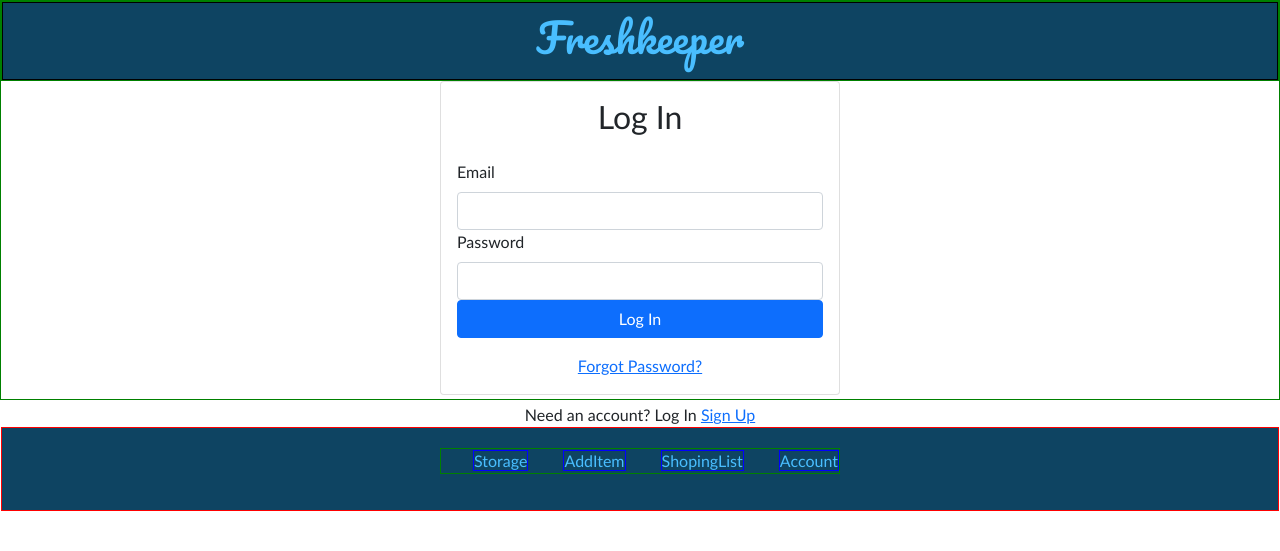
Repository: patrik-fredlund/freshkeeper-repo
Page: /
The author's editor kept a copy of each file at every save. The page is drawn from the files as they stood at one save, then again after the next save.
The browser window is 1280 px wide. The pictures show the whole page.
The project was rebuilt for these pictures with package versions that can differ from the ones it lists, and the page was loaded fresh each time. Also part of the build but not shown: src/components/Signup.js, src/components/Account.js, src/components/ForgotPassword.js, src/components/UpdateProfile.js, src/components/Storage.js, src/components/Shopinglist.js, src/components/AddItem.js.

Above is the page before, as saved 2021-10-15 23:10:11.

### public/index.html
<!DOCTYPE html>
<html lang="en">

<head>
  <meta charset="utf-8" />
  <link rel="icon" href="%PUBLIC_URL%/favicon.ico" />
  <meta name="viewport" content="width=device-width, initial-scale=1" />
  <meta name="theme-color" content="#000000" />
  <meta name="description" content="Web site created using create-react-app" />
  <link rel="apple-touch-icon" href="%PUBLIC_URL%/logo192.png" />

  <link rel="manifest" href="%PUBLIC_URL%/manifest.json" />

  <title>Freshkeeper</title>
</head>

<body>
  <noscript>You need to enable JavaScript to run this app.</noscript>
  <div id="root"></div>

</body>

</html>

### src/index.js
import React from 'react';
import ReactDOM from 'react-dom';
import App from './components/App';
import 'bootstrap/dist/css/bootstrap.min.css';

ReactDOM.render(
  <React.StrictMode>
    <App />
  </React.StrictMode>,
  document.getElementById('root')
);

### src/components/App.js
import { Container } from 'react-bootstrap';
import '../App.css';
import Signup from './Signup';
import { AuthProvider } from '../context/AuthContext';
import { BrowserRouter as Router, Switch, Route } from 'react-router-dom';
import Account from './Account';
import Login from './Login';
import PrivateRoute from './PrivateRoute';
import ForgotPassword from './ForgotPassword';
import UpdateProfile from './UpdateProfile';
import Storage from './Storage';
import { AppWrap } from './appStyles';
import Header from './header/header';
import ShopingList from './Shopinglist';
import AddItem from './AddItem';
import Navbar from './navbar/Navbar';

function App() {
  return (
    <AppWrap>
      <Header />
      <Container
        className='d-flex align-items-center justify-content-center'
        // style={{ minHeight: '10vh' }}
      >
        <div className='w-100' style={{ maxWidth: '400px' }}>
          <Router>
            <AuthProvider>
              <Switch>
                <PrivateRoute exact path='/' component={Storage} />
                <PrivateRoute path='/additem' component={AddItem} />
                <PrivateRoute path='/shopinglist' component={ShopingList} />
                <PrivateRoute path='/account' component={Account} />
                <PrivateRoute
                  path='/update-profile'
                  component={UpdateProfile}
                />
                <Route path='/signup' component={Signup} />
                <Route path='/login' component={Login} />
                <Route path='/forgot-password' component={ForgotPassword} />
              </Switch>
            </AuthProvider>
          </Router>
        </div>
      </Container>
      <Navbar />
    </AppWrap>
  );
}

export default App;

### src/App.css
@import url('https://fonts.googleapis.com/css2?family=Pacifico&display=swap');

* {
  box-sizing: border-box;
  margin: 0;
  padding: 0;
  font-family: 'Gill Sans', 'Gill Sans MT', Calibri, 'Trebuchet MS', sans-serif;
}

.container {
  display: flex;
  flex-direction: column;
  justify-content: center;
  align-items: center;
}

.top_nav {
  display: flex;
  flex-direction: row;
  justify-content: center;
  align-items: center;
  padding: 14px 16px 14px 18px;

  position: absolute;
  width: 414px;
  height: 65px;
  left: 0px;
  top: 0px;

  background: #0e4462;
  border-radius: 4px;
}

.freshkeeper_header {
  position: static;

  font-family: 'Pacifico', cursive;

  font-weight: normal;
  font-size: 20px;

  display: flex;
  align-items: center;
  text-align: center;

  color: #49beff;

  /* Inside Auto Layout */

  flex: none;
  order: 0;
  flex-grow: 0;
  margin: 0px 10px;
}

### src/context/AuthContext.js
import React, { useContext, useState, useEffect } from 'react';
import { auth } from '../firebase';

const AuthContext = React.createContext();

export function useAuth() {
  return useContext(AuthContext);
}

export function AuthProvider({ children }) {
  const [currentUser, setCurrentUser] = useState();
  const [loading, setLoading] = useState(true);

  function signup(email, password) {
    return auth.createUserWithEmailAndPassword(email, password);
  }

  function login(email, password) {
    return auth.signInWithEmailAndPassword(email, password);
  }

  function logout() {
    return auth.signOut();
  }

  function resetPassword(email) {
    return auth.sendPasswordResetEmail(email);
  }

  function updateEmail(email) {
    return currentUser.updateEmail(email);
  }

  function updatePassword(password) {
    return currentUser.updatePassword(password);
  }

  useEffect(() => {
    const unsubscribe = auth.onAuthStateChanged((user) => {
      setCurrentUser(user);
      setLoading(false);
    });
    return unsubscribe;
  }, []);

  const value = {
    currentUser,
    login,
    signup,
    logout,
    resetPassword,
    updateEmail,
    updatePassword,
  };

  return (
    <AuthContext.Provider value={value}>
      {!loading && children}
    </AuthContext.Provider>
  );
}

### src/components/Login.js
import React, { useRef, useState } from 'react';
import { Form, Button, Card, Alert } from 'react-bootstrap';
import { useAuth } from '../context/AuthContext';
import { Link, useHistory } from 'react-router-dom';

export default function Login() {
  const emailRef = useRef();
  const passwordRef = useRef();
  const { login } = useAuth();
  const [error, setError] = useState('');
  const [loading, setLoading] = useState(false);
  const history = useHistory();

  async function handleSubmit(e) {
    e.preventDefault();

    try {
      setError('');
      setLoading(true);
      await login(emailRef.current.value, passwordRef.current.value);
      history.push('/');
    } catch {
      setError('Failed to Log In');
    }

    setLoading(false);
  }

  return (
    <>
      <Card>
        <Card.Body>
          <h2 className='text-center mb-4'>Log In</h2>

          {error && <Alert variant='danger'>{error}</Alert>}
          <Form onSubmit={handleSubmit}>
            <Form.Group id='email'>
              <Form.Label>Email</Form.Label>
              <Form.Control type='email' ref={emailRef} required />
            </Form.Group>
            <Form.Group id='password'>
              <Form.Label>Password</Form.Label>
              <Form.Control type='password' ref={passwordRef} required />
            </Form.Group>

            <Button disabled={loading} className='w-100' type='submit'>
              Log In
            </Button>
          </Form>
          <div className='w-100 text-center mt-3'>
            <Link to='/forgot-password'>Forgot Password?</Link>
          </div>
        </Card.Body>
      </Card>
      <div className='w-100 text-center mt-2'>
        Need an account? Log In <Link to='/signup'>Sign Up </Link>
      </div>
    </>
  );
}

### src/components/PrivateRoute.js
import React from 'react';
import { Route, Redirect } from 'react-router-dom';
import { useAuth } from '../context/AuthContext';

export default function PrivateRoute({ component: Component, ...rest }) {
  const { currentUser } = useAuth();

  return (
    <Route
      {...rest}
      render={(props) => {
        return currentUser ? (
          <Component {...props} />
        ) : (
          <Redirect to='/login' />
        );
      }}
    ></Route>
  );
}

### src/components/appStyles.js
import styled from 'styled-components';

export const AppWrap = styled.div`
  /* display: flex;
  flex-flow: column; */
  width: 100%;
  border: 1px solid green;
  height: 400px;
`;

### src/components/header/header.js
import React from 'react';
import GlobalStyle from '../globalStyles';
import { HeaderWrap } from './headerStyles';

function Header() {
  return (
    <HeaderWrap>
      <GlobalStyle />
      {/* <div className='top_nav'>
        <h2 className='freshkeeper_header'>Freshkeeper</h2>
      </div> */}
      <div className='headerContainer'>
        <h1>Freshkeeper</h1>
      </div>
    </HeaderWrap>
  );
}

export default Header;

### src/components/navbar/Navbar.js
import React from 'react';
import { AppWrap } from '../appStyles';
import { HeaderWrap } from '../header/headerStyles';
import { MenuList } from './MenuList';
import { NavbarStyles } from './navbarStyles';

const Navbar = () => {
  const menuList = MenuList.map(({ url, title, index }) => {
    return (
      <li key={index}>
        <a href={url}>{title}</a>
      </li>
    );
  });

  return (
    <NavbarStyles>
      <ul className='menu-list'>{menuList} </ul>
    </NavbarStyles>
  );
};

export default Navbar;

### src/firebase.js
import firebase from 'firebase/compat/app';
import 'firebase/compat/auth';

const app = firebase.initializeApp({
  apiKey: process.env.REACT_APP_FIREBASE_API_KEY,
  authDomain: process.env.REACT_APP_FIREBASE_AUTH_DOMAIN,
  projectId: process.env.REACT_APP_FIREBASE_PROJECT_ID,
  storageBucket: process.env.REACT_APP_FIREBASE_STORAGE_BUCKET,
  messagingSenderId: process.env.REACT_APP_FIREBASE_MESSAGE_SENDER_ID,
  appId: process.env.REACT_APP_FIREBASE_APP_ID,
});

export const auth = app.auth();
export default app;

### src/components/globalStyles.js
import { createGlobalStyle } from 'styled-components';

const GlobalStyle = createGlobalStyle`
@import url('https://fonts.googleapis.com/css2?family=Pacifico&display=swap');

  h1 {
     font-family: 'pacifico';
  }
`;

export default GlobalStyle;

### src/components/header/headerStyles.js
import styled from 'styled-components';

export const HeaderWrap = styled.div`
  width: 100%;
  border: 1px solid green;

  .headerContainer {
    border: 1px solid black;
    background-color: #0e4462;
    color: #49beff;
    padding: 10px 0;
    display: flex;
    align-items: center;
    justify-content: center;
  }
`;

### src/components/navbar/MenuList.js
export const MenuList = [
  {
    title: 'Storage',
    url: '/',
  },
  {
    title: 'AddItem',
    url: '/additem',
  },
  {
    title: 'ShopingList',
    url: '/shopinglist',
  },
  {
    title: 'Account',
    url: '/account',
  },
];

### src/components/navbar/navbarStyles.js
import styled from 'styled-components';

export const NavbarStyles = styled.div`
  border: 1px solid red;
  display: flex;
  /* max-width: 400px; */
  justify-content: center;
  align-items: center;
  background-color: #0e4462;
  padding: 20px;
  position: relative;
  z-index: 99;
  margin: auto;

  .menu-list {
    display: flex;
    align-items: center;
    list-style-type: none;
    width: 100%;
    border: 1px solid green;
    justify-content: space-between;
    max-width: 400px;

    /* padding: 10px 10px; */
  }

  a {
    color: #49beff;

    text-decoration: none;
    border: 1px solid blue;
    /* padding: 10px; */
  }
`;

After the next save:
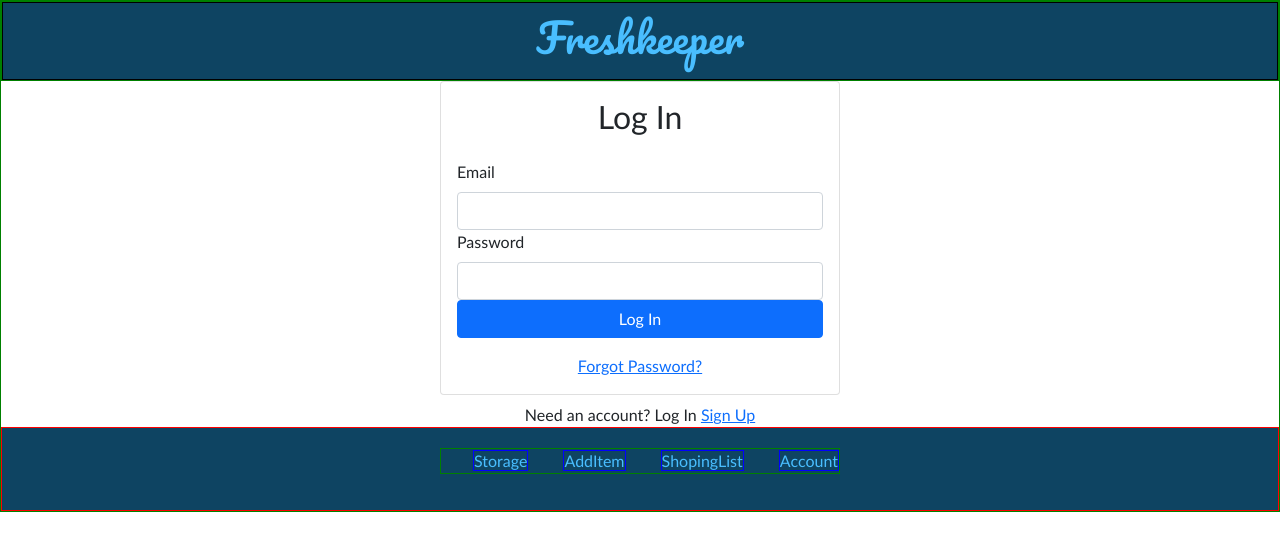
Saved 2 days later.
--- a/src/components/appStyles.js
+++ b/src/components/appStyles.js
@@ -5,5 +5,5 @@ export const AppWrap = styled.div`
   flex-flow: column; */
   width: 100%;
   border: 1px solid green;
-  height: 400px;
+  /* height: 400px; */
 `;
